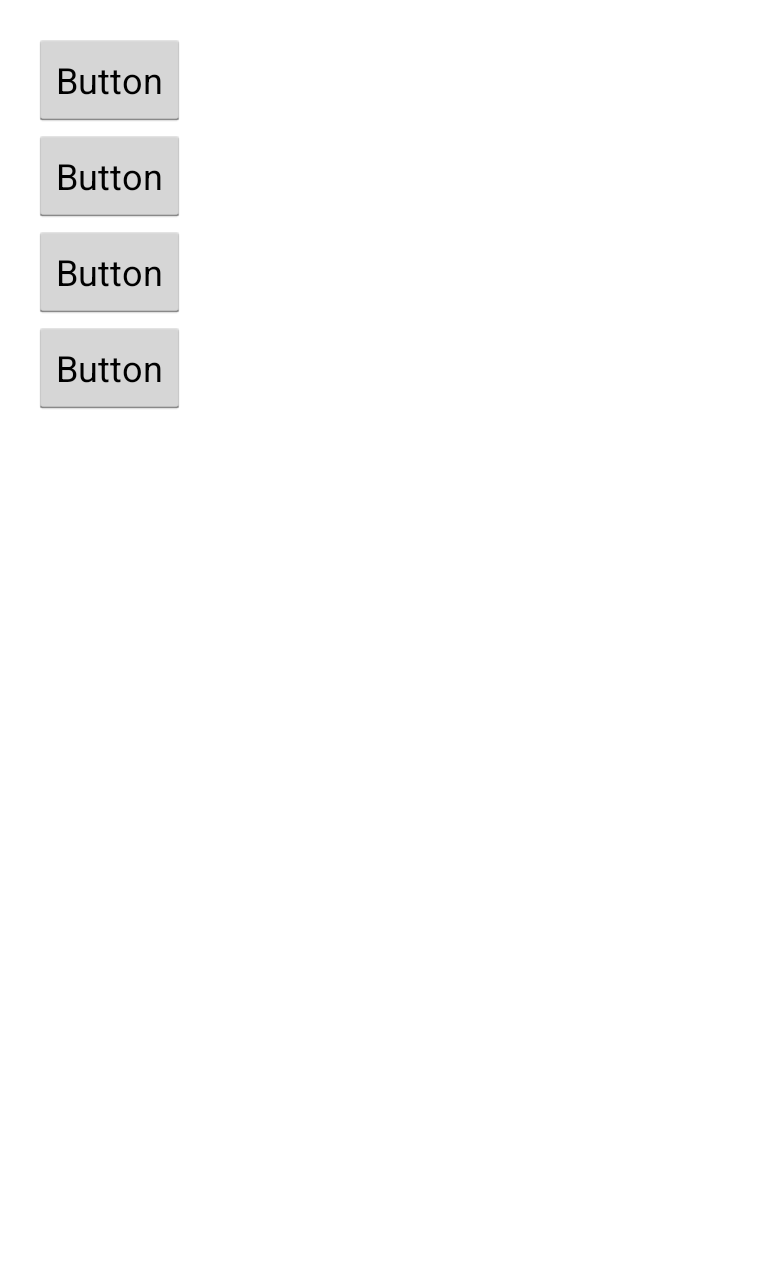
Repository: asmartin/foodtracker
Layout: FoodTracker/res/layout/fragment_dairy.xml
These files come from the project's save history. The layout is drawn as it stood at one moment and after the next save; the edit follows.
It is drawn on a 768 x 1280 px phone screen (xhdpi) without system bars, with theme AppTheme; the app's code is not run.

Above is the layout before, as saved 2013-12-01 01:53:43.

### FoodTracker/res/layout/fragment_dairy.xml
<RelativeLayout xmlns:android="http://schemas.android.com/apk/res/android"
    xmlns:tools="http://schemas.android.com/tools"
    android:layout_width="match_parent"
    android:layout_height="match_parent"
    android:paddingBottom="@dimen/activity_vertical_margin"
    android:paddingLeft="@dimen/activity_horizontal_margin"
    android:paddingRight="@dimen/activity_horizontal_margin"
    android:paddingTop="@dimen/activity_vertical_margin"
    tools:context=".MainActivity$DummySectionFragment" >

<!--     <TextView -->
<!--         android:id="@+id/section_label" -->
<!--         android:layout_width="wrap_content" -->
<!--         android:layout_height="wrap_content" /> -->

    <TableLayout
        android:layout_width="wrap_content"
        android:layout_height="wrap_content"
        android:layout_alignParentLeft="true"
        android:layout_alignParentTop="true" >

        <TableRow
            android:id="@+id/tableRow1"
            android:layout_width="wrap_content"
            android:layout_height="wrap_content" >

            <Button
                android:id="@+id/button1"
                android:layout_width="wrap_content"
                android:layout_height="wrap_content"
                android:text="Button" />

        </TableRow>

        <TableRow
            android:id="@+id/tableRow2"
            android:layout_width="wrap_content"
            android:layout_height="wrap_content" >

            <Button
                android:id="@+id/button2"
                android:layout_width="wrap_content"
                android:layout_height="wrap_content"
                android:text="Button" />

        </TableRow>

        <TableRow
            android:id="@+id/tableRow3"
            android:layout_width="wrap_content"
            android:layout_height="wrap_content" >

            <Button
                android:id="@+id/button3"
                android:layout_width="wrap_content"
                android:layout_height="wrap_content"
                android:text="Button" />

        </TableRow>

        <TableRow
            android:id="@+id/tableRow4"
            android:layout_width="wrap_content"
            android:layout_height="wrap_content" >

            <Button
                android:id="@+id/button4"
                android:layout_width="wrap_content"
                android:layout_height="wrap_content"
                android:text="Button" />

        </TableRow>
    </TableLayout>

</RelativeLayout>

Loaded but not shown: FoodTracker/res/values/styles.xml (common file); FoodTracker/res/values-v11/styles.xml (common file); FoodTracker/res/values-v14/styles.xml (common file); FoodTracker/res/values/dimens.xml (common file)

After the next save:
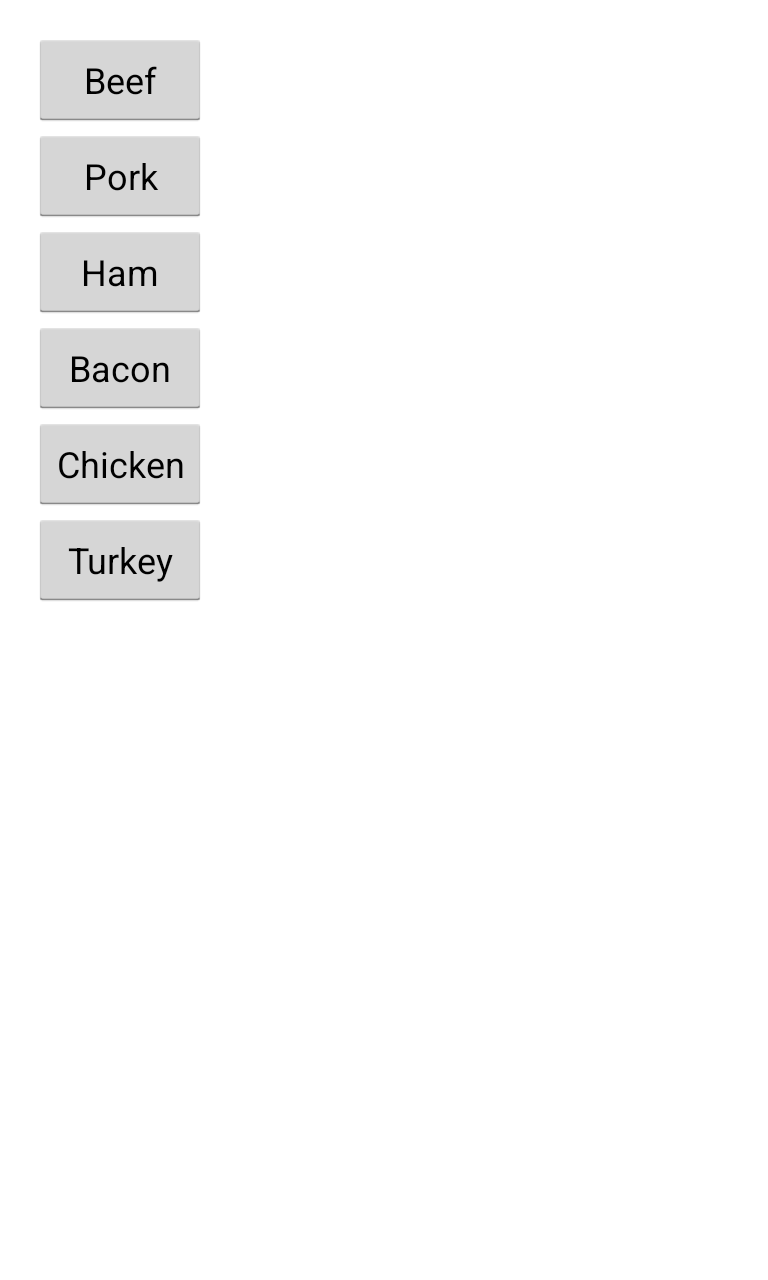
Saved 2 min 59 s later.
--- a/FoodTracker/res/layout/fragment_dairy.xml
+++ b/FoodTracker/res/layout/fragment_dairy.xml
@@ -28,7 +28,7 @@
                 android:id="@+id/button1"
                 android:layout_width="wrap_content"
                 android:layout_height="wrap_content"
-                android:text="Button" />
+                android:text="Beef" />
 
         </TableRow>
 
@@ -41,7 +41,7 @@
                 android:id="@+id/button2"
                 android:layout_width="wrap_content"
                 android:layout_height="wrap_content"
-                android:text="Button" />
+                android:text="Pork" />
 
         </TableRow>
 
@@ -54,7 +54,7 @@
                 android:id="@+id/button3"
                 android:layout_width="wrap_content"
                 android:layout_height="wrap_content"
-                android:text="Button" />
+                android:text="Ham" />
 
         </TableRow>
 
@@ -67,7 +67,31 @@
                 android:id="@+id/button4"
                 android:layout_width="wrap_content"
                 android:layout_height="wrap_content"
-                android:text="Button" />
+                android:text="Bacon" />
+
+        </TableRow>
+        <TableRow
+            android:id="@+id/tableRow5"
+            android:layout_width="wrap_content"
+            android:layout_height="wrap_content" >
+
+            <Button
+                android:id="@+id/button5"
+                android:layout_width="wrap_content"
+                android:layout_height="wrap_content"
+                android:text="Chicken" />
+
+        </TableRow>
+        <TableRow
+            android:id="@+id/tableRow6"
+            android:layout_width="wrap_content"
+            android:layout_height="wrap_content" >
+
+            <Button
+                android:id="@+id/button6"
+                android:layout_width="wrap_content"
+                android:layout_height="wrap_content"
+                android:text="Turkey" />
 
         </TableRow>
     </TableLayout>
